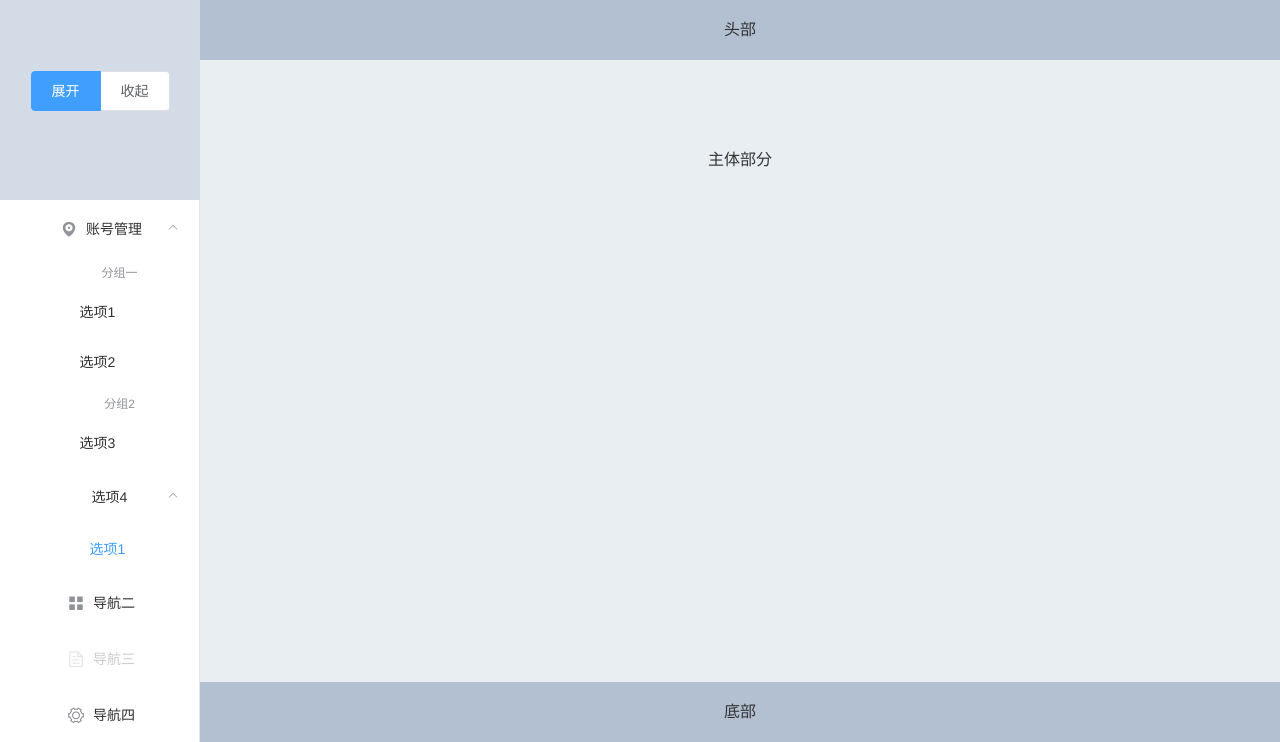
Repository: yshuf/bookstore-Management
Page: / (app in bookstore-management/)
These files come from the project's save history. The page is drawn as it stood at one moment and after the next save; the edit follows.
The browser window is 1280 px wide. The pictures show the whole page.
The project was rebuilt for these pictures with package versions that can differ from the ones it lists, and the page was loaded fresh each time. Also part of the build but not shown: bookstore-management/vue.config.js, bookstore-management/src/components/HelloWorld.vue, bookstore-management/src/views/Home.vue.

Above is the page before, as saved 2020-03-24 14:06:12.

After the next save:
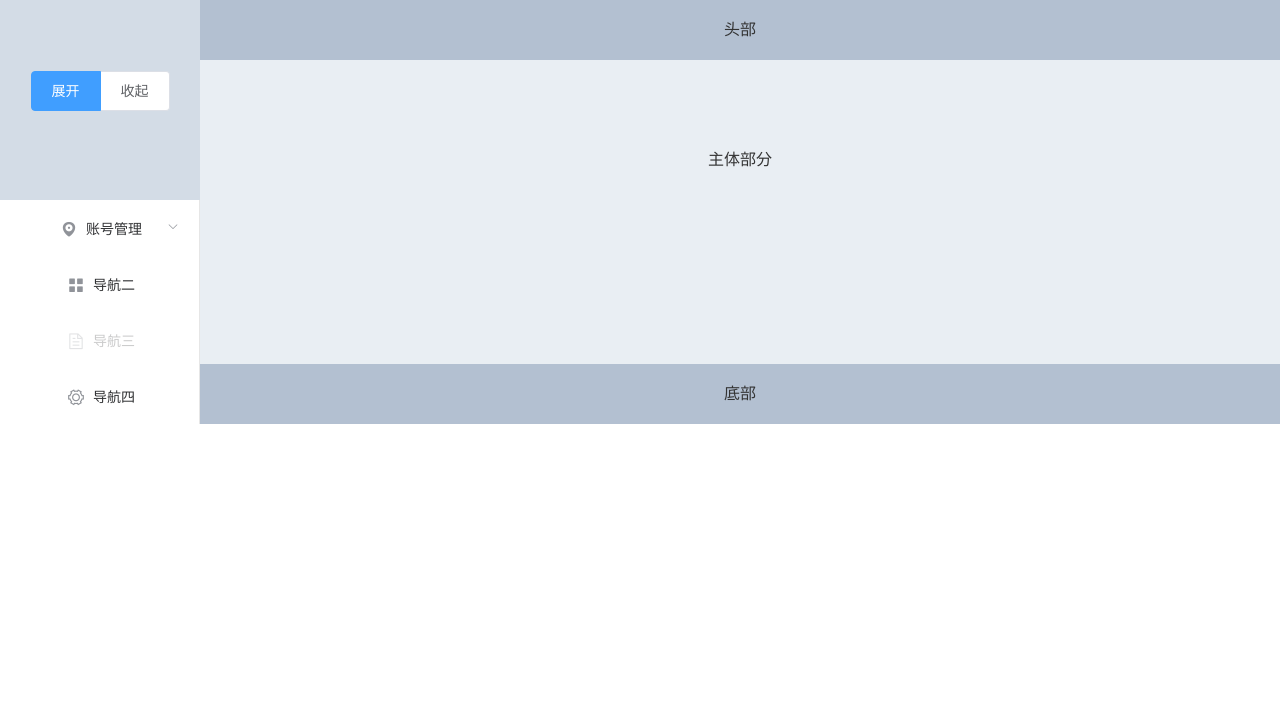
Saved 31 s later.
--- a/bookstore-management/src/App.vue
+++ b/bookstore-management/src/App.vue
@@ -19,17 +19,10 @@
               <span slot="title">账号管理</span>
             </template>
             <el-menu-item-group>
-              <span slot="title">分组一</span>
-              <el-menu-item index="1-1">选项1</el-menu-item>
-              <el-menu-item index="1-2">选项2</el-menu-item>
+              <!-- <span slot="title">分组一</span> -->
+              <el-menu-item index="1-1">员工账号</el-menu-item>
+              <el-menu-item index="1-2">平台账号</el-menu-item>
             </el-menu-item-group>
-            <el-menu-item-group title="分组2">
-              <el-menu-item index="1-3">选项3</el-menu-item>
-            </el-menu-item-group>
-            <el-submenu index="1-4">
-              <span slot="title">选项4</span>
-              <el-menu-item index="1-4-1">选项1</el-menu-item>
-            </el-submenu>
           </el-submenu>
           <el-menu-item index="2">
             <i class="el-icon-menu"></i>
